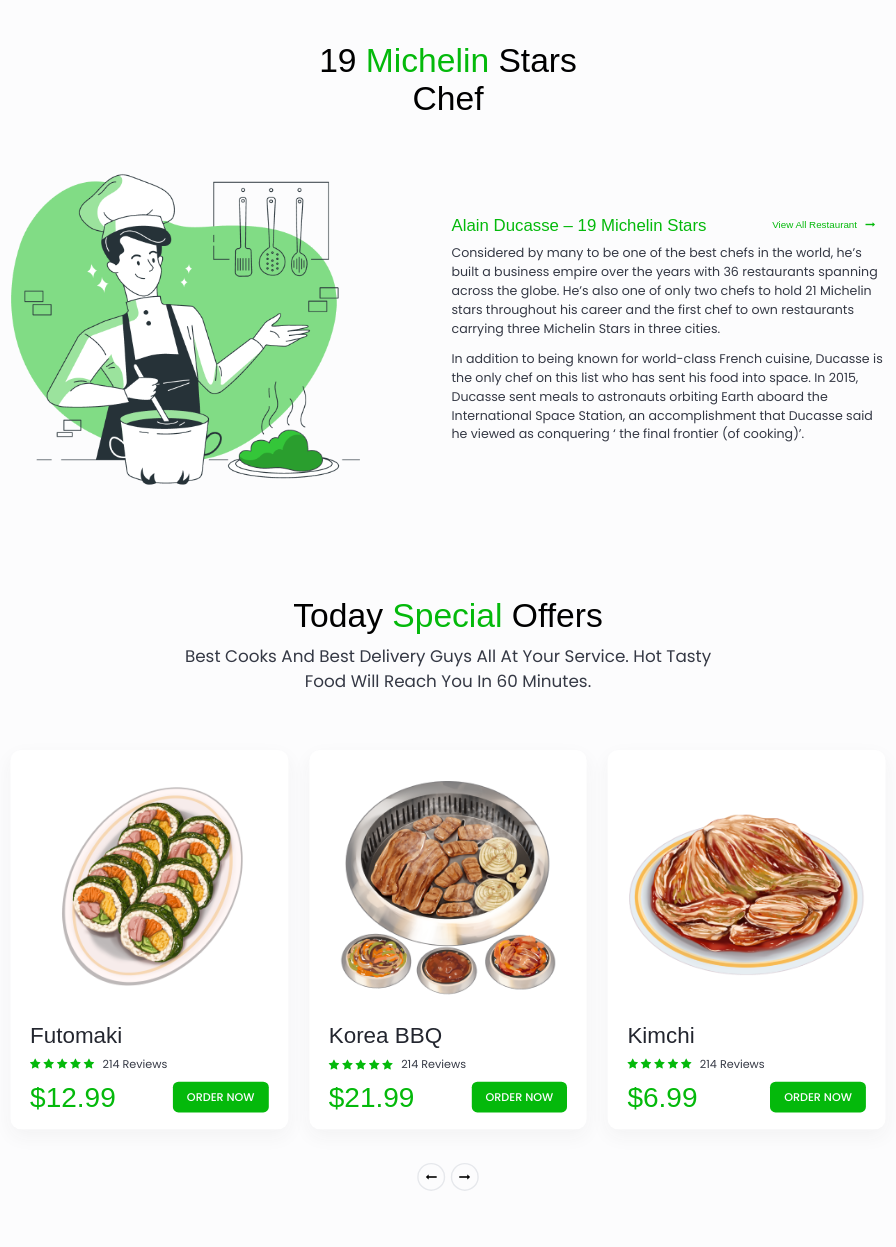
Repository: Toan3333/fooz
Page: index.html
These files come from the project's save history. The page is drawn as it stood at one moment and after the next save; the edit follows.
The browser window is 1280 px wide. The pictures show the part of the page from y = 1596 to 3516 px (the page is 3377 px tall before and 3516 px after), at 70% of full size.
Some web fonts or font styles are not loaded; a fallback is used.

Above is the page before, as saved 2023-05-18 16:27:56.

### index.html
<!DOCTYPE html>
<html lang="en">
  <head>
    <meta charset="UTF-8" />
    <meta http-equiv="X-UA-Compatible" content="IE=edge" />
    <meta name="viewport" content="width=device-width, initial-scale=1.0" />
    <title>Document</title>
    <link rel="stylesheet" href="./assets/css/style.css" />
    <link
      href="https://fonts.googleapis.com/css?family=Poppins:100,100italic,200,200italic,300,300italic,regular,italic,500,500italic,600,600italic,700,700italic,800,800italic,900,900italic"
      rel="stylesheet"
    />
    <link
      href="https://fonts.googleapis.com/css?family=Alice:regular"
      rel="stylesheet"
    />
    <link
      rel="stylesheet"
      href="https://cdnjs.cloudflare.com/ajax/libs/font-awesome/4.7.0/css/font-awesome.min.css"
    />
  </head>
  <body>
    <div class="app">
      <!-- header -->
      <header class="header">
        <div class="container">
          <div class="header-main">
            <div class="header-logo">
              <img src="./assets/images/Logo.svg" alt="" />
            </div>
            <div class="header-menu">
              <ul class="header-nav">
                <li class="header-list">
                  <a href="#" class="header-link active">Home</a>
                </li>
                <li class="header-list">
                  <a href="#" class="header-link">Menu</a>
                </li>
                <li class="header-list">
                  <a href="#" class="header-link">Blog</a>
                </li>
                <li class="header-list">
                  <a href="#" class="header-link">About us</a>
                </li>
                <li class="header-list">
                  <a href="#" class="header-link">Contact</a>
                </li>
              </ul>
            </div>
            <div class="header-auth">
              <div class="header-icon">
                <a href="#">
                  <i class="fa fa-user" aria-hidden="true"></i>
                </a>
                <a href="#">
                  <i class="fa fa-search" aria-hidden="true"></i>
                </a>
                <a href="#">
                  <i class="fa fa-shopping-cart" aria-hidden="true"></i>
                </a>
              </div>
            </div>
          </div>
        </div>
      </header>
      <section class="hero">
        <div class="container">
          <div class="hero-main">
            <div class="hero-content">
              <h2 class="hero-title">You’ve Got Questions We’ve Got Taste</h2>
              <div class="hero-desc">
                Explore your Taste with speacial food in the special place. This
                text don’t have any meaning
              </div>
              <div class="hero-cta">
                <div class="hero-btn">
                  <button class="button-primary">ORDER NOW</button>
                  <span>Explore menu</span>
                </div>
              </div>
              <div class="hero-info">
                <div class="hero-list">
                  <div class="hero-item">
                    <div class="hero-number">9+</div>
                    <div class="hero-text">years of service.</div>
                  </div>
                  <div class="hero-item">
                    <div class="hero-number">120+</div>
                    <div class="hero-text">Store in the world.</div>
                  </div>
                </div>
              </div>
            </div>
            <div class="hero-image">
              <img src="./assets/images/hero-bg.png" alt="" />
            </div>
          </div>
        </div>
      </section>
      <section class="service">
        <div class="container">
          <div class="text-center__primary">
            How we keep your meal <span class="text-primary">Delicious</span>
          </div>
          <div class="service-list">
            <div class="service-item">
              <div class="service-icon">
                <a href="#"
                  ><svg
                    width="48"
                    height="48"
                    viewBox="0 0 48 48"
                    fill="none"
                    xmlns="http://www.w3.org/2000/svg"
                  >
                    <path
                      fill-rule="evenodd"
                      clip-rule="evenodd"
                      d="M6 4C4.89543 4 4 4.89543 4 6C4 7.10457 4.89543 8 6 8H8V36C8 40.4183 11.5817 44 16 44H32C36.4183 44 40 40.4183 40 36V8H42C43.1046 8 44 7.10457 44 6C44 4.89543 43.1046 4 42 4H6ZM36 8H12V36C12 38.2091 13.7909 40 16 40H32C34.2091 40 36 38.2091 36 36V8Z"
                      fill="#777E91"
                    />
                    <path
                      d="M25.4142 14.5858C24.6332 13.8047 23.3668 13.8047 22.5858 14.5858L16.5858 20.5858C15.8047 21.3668 15.8047 22.6332 16.5858 23.4142C17.3668 24.1953 18.6332 24.1953 19.4142 23.4142L22 20.8284V32C22 33.1046 22.8954 34 24 34C25.1046 34 26 33.1046 26 32V20.8284L28.5858 23.4142C29.3668 24.1953 30.6332 24.1953 31.4142 23.4142C32.1953 22.6332 32.1953 21.3668 31.4142 20.5858L25.4142 14.5858Z"
                      fill="#777E91"
                    />
                  </svg>
                </a>
              </div>
              <h3 class="service-title">Receive The Order</h3>
              <div class="service-desc">
                That help us know what delicious meal you will try, but I don’t
                write anything
              </div>
            </div>
            <div class="service-item">
              <div class="service-icon">
                <a href="#">
                  <svg
                    width="49"
                    height="48"
                    viewBox="0 0 49 48"
                    fill="none"
                    xmlns="http://www.w3.org/2000/svg"
                  >
                    <path
                      fill-rule="evenodd"
                      clip-rule="evenodd"
                      d="M4.5 26C4.5 22.6863 7.18629 20 10.5 20H38.5C41.8137 20 44.5 22.6863 44.5 26C44.5 35.9411 36.4411 44 26.5 44H22.5C12.5589 44 4.5 35.9411 4.5 26ZM10.5 24H38.5C39.6046 24 40.5 24.8954 40.5 26C40.5 26.679 40.4517 27.3468 40.3582 28H8.64178C8.54834 27.3468 8.5 26.679 8.5 26C8.5 24.8954 9.39543 24 10.5 24ZM9.84726 32C12.0942 36.7299 16.9152 40 22.5 40H26.5C32.0848 40 36.9058 36.7299 39.1527 32H9.84726Z"
                      fill="#777E91"
                    />
                    <path
                      d="M18.5 4C19.6046 4 20.5 4.89543 20.5 6C20.5 8.45315 19.8455 9.78123 19.2889 10.8944L19.2729 10.9263C18.8372 11.7975 18.5 12.4717 18.5 14C18.5 15.1046 17.6046 16 16.5 16C15.3954 16 14.5 15.1046 14.5 14C14.5 11.5468 15.1545 10.2188 15.7111 9.10557L15.7271 9.07371C16.1628 8.20251 16.5 7.52827 16.5 6C16.5 4.89543 17.3954 4 18.5 4Z"
                      fill="#777E91"
                    />
                    <path
                      d="M26.5 4C27.6046 4 28.5 4.89543 28.5 6C28.5 8.45315 27.8455 9.78123 27.2889 10.8944L27.2729 10.9263C26.8372 11.7975 26.5 12.4717 26.5 14C26.5 15.1046 25.6046 16 24.5 16C23.3954 16 22.5 15.1046 22.5 14C22.5 11.5468 23.1545 10.2188 23.7111 9.10557L23.7271 9.07371C24.1628 8.20251 24.5 7.52827 24.5 6C24.5 4.89543 25.3954 4 26.5 4Z"
                      fill="#777E91"
                    />
                    <path
                      d="M36.5 6C36.5 4.89543 35.6046 4 34.5 4C33.3954 4 32.5 4.89543 32.5 6C32.5 7.52827 32.1628 8.20251 31.7271 9.07371L31.7111 9.10557C31.1545 10.2188 30.5 11.5468 30.5 14C30.5 15.1046 31.3954 16 32.5 16C33.6046 16 34.5 15.1046 34.5 14C34.5 12.4717 34.8372 11.7975 35.2729 10.9263L35.2889 10.8944C35.8455 9.78123 36.5 8.45315 36.5 6Z"
                      fill="#777E91"
                    />
                  </svg>
                </a>
              </div>
              <h3 class="service-title">Prepair your Meal</h3>
              <div class="service-desc">
                That help us know what delicious meal you will try, but I don’t
                write anything
              </div>
            </div>
            <div class="service-item">
              <div class="service-icon">
                <a href="#">
                  <svg
                    width="48"
                    height="48"
                    viewBox="0 0 48 48"
                    fill="none"
                    xmlns="http://www.w3.org/2000/svg"
                  >
                    <path
                      fill-rule="evenodd"
                      clip-rule="evenodd"
                      d="M0 14C0 10.6863 2.68629 8 6 8H22C25.3137 8 28 10.6863 28 14V32C28 34.2091 26.2091 36 24 36H16V32H23C23.5523 32 24 31.5523 24 31V14C24 12.8954 23.1046 12 22 12H6C4.89543 12 4 12.8954 4 14V30C4 31.1046 4.89543 32 6 32H8V36H6C2.68629 36 0 33.3137 0 30V14Z"
                      fill="#777E91"
                    />
                    <path
                      fill-rule="evenodd"
                      clip-rule="evenodd"
                      d="M24 14H36.4502C37.9458 14 39.3875 14.5586 40.4927 15.5663L46.0425 20.6264C47.2894 21.7633 48 23.3727 48 25.0601V30C48 33.3137 45.3137 36 42 36H40V32H42C43.1046 32 44 31.1046 44 30V25.0601C44 24.4976 43.7631 23.9612 43.3475 23.5822L37.7977 18.5221C37.4293 18.1862 36.9488 18 36.4502 18H30C28.8954 18 28 18.8954 28 20V31C28 31.5523 28.4477 32 29 32H32V36H24V14Z"
                      fill="#777E91"
                    />
                    <path
                      fill-rule="evenodd"
                      clip-rule="evenodd"
                      d="M12 36C13.1046 36 14 35.1046 14 34C14 32.8954 13.1046 32 12 32C10.8954 32 10 32.8954 10 34C10 35.1046 10.8954 36 12 36ZM12 40C15.3137 40 18 37.3137 18 34C18 30.6863 15.3137 28 12 28C8.68629 28 6 30.6863 6 34C6 37.3137 8.68629 40 12 40Z"
                      fill="#777E91"
                    />
                    <path
                      fill-rule="evenodd"
                      clip-rule="evenodd"
                      d="M36 36C37.1046 36 38 35.1046 38 34C38 32.8954 37.1046 32 36 32C34.8954 32 34 32.8954 34 34C34 35.1046 34.8954 36 36 36ZM36 40C39.3137 40 42 37.3137 42 34C42 30.6863 39.3137 28 36 28C32.6863 28 30 30.6863 30 34C30 37.3137 32.6863 40 36 40Z"
                      fill="#777E91"
                    />
                  </svg>
                </a>
              </div>
              <h3 class="service-title">Delivery your meal</h3>
              <div class="service-desc">
                That help us know what delicious meal you will try, but I don’t
                write anything
              </div>
            </div>
          </div>
        </div>
      </section>
      <section class="about">
        <div class="container">
          <h2 class="text-center__primary about-center">
            19 <span class="text-primary">Michelin</span> Stars Chef
          </h2>
          <div class="about-main">
            <div class="about-image">
              <img src="./assets/images/about-bg.png" alt="" />
            </div>
            <div class="about-content">
              <div class="about-info">
                <div class="about-name">Alain Ducasse – 19 Michelin Stars</div>
                <div class="about-view">
                  View All Restaurant
                  <i class="fa fa-long-arrow-right" aria-hidden="true"></i>
                </div>
              </div>
              <div class="about-text">
                <p class="about-desc">
                  Considered by many to be one of the best chefs in the world,
                  he’s built a business empire over the years with 36
                  restaurants spanning across the globe. He’s also one of only
                  two chefs to hold 21 Michelin stars throughout his career and
                  the first chef to own restaurants carrying three Michelin
                  Stars in three cities.
                </p>
                <br />
                <p class="about-desc">
                  In addition to being known for world-class French cuisine,
                  Ducasse is the only chef on this list who has sent his food
                  into space. In 2015, Ducasse sent meals to astronauts orbiting
                  Earth aboard the International Space Station, an
                  accomplishment that Ducasse said he viewed as conquering ‘ the
                  final frontier (of cooking)’.
                </p>
              </div>
            </div>
          </div>
        </div>
      </section>
      <section class="special">
        <div class="container">
          <div class="text-center__primary special-center">
            Today <span class="text-primary">special</span> offers
            <p class="text-bottom">
              Best cooks and best delivery guys all at your service. Hot tasty
              food will reach you in 60 minutes.
            </p>
          </div>
          <div class="special-list">
            <div class="special-item">
              <div class="special-image">
                <img src="./assets/images/special-1.png" alt="" />
              </div>
              <div class="special-title">Futomaki</div>
              <div class="special-rating">
                <div class="special-icon">
                  <i class="fa fa-star" aria-hidden="true"></i>
                  <i class="fa fa-star" aria-hidden="true"></i>
                  <i class="fa fa-star" aria-hidden="true"></i>
                  <i class="fa fa-star" aria-hidden="true"></i>
                  <i class="fa fa-star" aria-hidden="true"></i>
                </div>
                <div class="special-views">214 Reviews</div>
              </div>
              <div class="special-bottom">
                <div class="special-price">$12.99</div>
                <div class="special-button">
                  <button class="button-primary">ORDER NOW</button>
                </div>
              </div>
            </div>
            <div class="special-item">
              <div class="special-image">
                <img src="./assets/images/special-2.png" alt="" />
              </div>
              <div class="special-title">Korea BBQ</div>
              <div class="special-rating">
                <div class="special-icon">
                  <i class="fa fa-star" aria-hidden="true"></i>
                  <i class="fa fa-star" aria-hidden="true"></i>
                  <i class="fa fa-star" aria-hidden="true"></i>
                  <i class="fa fa-star" aria-hidden="true"></i>
                  <i class="fa fa-star" aria-hidden="true"></i>
                </div>
                <div class="special-views">214 Reviews</div>
              </div>
              <div class="special-bottom">
                <div class="special-price">$21.99</div>
                <div class="special-button">
                  <button class="button-primary">ORDER NOW</button>
                </div>
              </div>
            </div>
            <div class="special-item">
              <div class="special-image">
                <img src="./assets/images/special-3.png" alt="" />
              </div>
              <div class="special-title">Kimchi</div>
              <div class="special-rating">
                <div class="special-icon">
                  <i class="fa fa-star" aria-hidden="true"></i>
                  <i class="fa fa-star" aria-hidden="true"></i>
                  <i class="fa fa-star" aria-hidden="true"></i>
                  <i class="fa fa-star" aria-hidden="true"></i>
                  <i class="fa fa-star" aria-hidden="true"></i>
                </div>
                <div class="special-views">214 Reviews</div>
              </div>
              <div class="special-bottom">
                <div class="special-price">$6.99</div>
                <div class="special-button">
                  <button class="button-primary">ORDER NOW</button>
                </div>
              </div>
            </div>
          </div>
          <div class="special-arrows">
            <div class="special-main">
              <div class="special-btn-arrow">
                <i class="fa fa-long-arrow-left" aria-hidden="true"></i>
              </div>
              <div class="special-btn-arrow">
                <i class="fa fa-long-arrow-right" aria-hidden="true"></i>
              </div>
            </div>
          </div>
        </div>
      </section>
    </div>
  </body>
</html>

### assets/css/style.css
*,
*:before,
*:after {
  box-sizing: border-box;
  text-decoration: none;
  list-style: none;
}
:root {
  --font-primary: "Poppins", sans-serif;
  --font-secondary: "Alice", sans-serif;
  --primary-color: #04b90b;
  --black: #000000;
  --gray: #777e90;
  --black-2: #23262f;
  --bg-primary: #fcfcfd;
  --gray-2: #f4f5f6;
  --gray-3: #353945;
}
* {
  margin: 0;
  padding: 0;
  font: inherit;
}
img,
picture,
svg,
video {
  display: block;
  max-width: 100%;
}
input,
select,
textarea {
  background-color: transparent;
  outline: none;
}
button {
  cursor: pointer;
  background-color: transparent;
  outline: none;
  border: 0;
}
body {
  min-height: 100vh;
  font-weight: 400;
  font-size: 16px;
  line-height: 1;
  font-family: var(--font-primary);
  background-color: var(--bg-primary);
  color: var(--black);
}
.container {
  max-width: 1330px;
  width: 100%;
  margin: 0 auto;
  padding: 0 15px;
}
/* HEADER */
.header {
  padding: 40px 0;
}
.header-main {
  display: flex;
  justify-content: space-between;
  align-items: center;
}
.header-nav {
  display: flex;
  align-items: center;
  gap: 30px;
}
.header-link {
  font-size: 18px;
  line-height: 30px;
  font-weight: 400;
  color: var(--black);
}
.header-link:hover {
  color: var(--primary-color);
  transition: all 0.2s linear;
}
.header-link.active {
  color: var(--primary-color);
}
.header-icon {
  display: flex;
  align-items: center;
  gap: 30px;
  font-size: 23px;
}
.header-icon > a {
  color: var(--black);
}
.header-icon > a:hover {
  color: var(--primary-color);
  transition: all 0.2s linear;
}
/* HEADER END */

/* HERO */
.hero {
  padding: 60px 0;
}
.hero-main {
  display: flex;
  justify-content: space-between;

  gap: 40px;
}
.hero-content {
  max-width: 677px;
  width: 100%;
}
.hero-title {
  font-size: 65px;
  font-weight: 400;
  font-family: var(--font-secondary);
  line-height: 70px;
  letter-spacing: -0.5%;
  margin-bottom: 30px;
}
.hero-desc {
  font-size: 24px;
  font-weight: 400;
  line-height: 36px;
  color: var(--gray);
  margin-bottom: 25px;
}
.hero-cta {
  margin-bottom: 105px;
}
.hero-btn {
  display: flex;
  align-items: center;
  gap: 24px;
}
.hero-btn span {
  font-size: 16px;
  line-height: 24px;
  font-weight: 400;
  color: var(--primary-color);
}
.button-primary {
  background-color: var(--primary-color);
  border-radius: 8px;
  padding: 10px 20px;
  font-size: 16px;
  line-height: 24px;
  font-weight: 500;
  color: var(--bg-primary);
}
.hero-info {
  max-width: 576px;
  width: 100%;
  background-color: var(--gray-2);
  border-radius: 16px;
  padding: 28px 56px 28px 56px;
}
.hero-list {
  display: flex;
  align-items: center;
  justify-content: space-between;
}

.hero-item {
  text-align: center;
}
.hero-number {
  font-size: 32px;
  line-height: 48px;
  font-weight: 600;
  color: var(--gray);
}
.hero-text {
  font-size: 20px;
  line-height: 30px;
  color: var(--gray);
  font-weight: 400;
}
.hero-image {
  width: 100%;
}
.hero-image img {
  width: 100%;
}
/* HERO END*/

/* SERVICE */
.service {
  padding: 80px 0;
}
.text-center__primary {
  max-width: 440px;
  margin: 0 auto;
  text-align: center;
  font-size: 48px;
  font-weight: 400;
  line-height: 55px;
  font-family: var(--font-secondary);
  text-transform: capitalize;
}
.text-primary {
  color: var(--primary-color);
}
.service-list {
  margin-top: 100px;
  display: grid;
  grid-template-columns: repeat(3, 1fr);
  grid-gap: 70px;
}
.service-item {
  display: flex;
  align-items: center;
  justify-content: center;
  flex-direction: column;
  padding: 40px 36px;
  text-align: center;
  cursor: pointer;
}
.service-item:hover {
  background: #ffffff;
  box-shadow: 0px 10px 27px rgba(53, 53, 53, 0.05);
  transition: 0.2s linear;
}
.service-icon {
  margin-bottom: 24px;
}
.service-icon a {
  width: 120px;
  height: 120px;
  border-radius: 100rem;
  background: #ffffff;
  box-shadow: 5px 9px 16px rgba(0, 0, 0, 0.04);
  display: inline-flex;
  align-items: center;
  justify-content: center;
}
.service-title {
  font-size: 28px;
  line-height: 42px;
  font-weight: 400;
  color: var(--black-2);
  margin-bottom: 6px;
}
.service-desc {
  font-size: 16px;
  line-height: 24px;
  font-weight: 400;
  color: var(--gray-3);
}
/* SERVICE END*/

/* ABOUT */
.about {
  padding: 80px 0;
}
.about-heading {
  text-align: center;
}
.about-main {
  display: flex;
  justify-content: space-between;
  align-items: center;
  gap: 130px;
  margin-top: 80px;
}
.about-center {
  max-width: 475px;
}
.about-image {
  max-width: 500px;
  width: 100%;
}
.about-image img {
  width: 100%;
}
.about-content {
  width: 100%;
}
.about-info {
  display: flex;
  align-items: center;
  gap: 94px;
  font-family: var(--font-secondary);
  margin-bottom: 12px;
}
.about-name {
  font-size: 24px;
  color: var(--primary-color);
  font-weight: 400;
  line-height: 28px;
}
.about-view {
  display: flex;
  align-items: center;
  gap: 12px;
  font-size: 14px;
  font-weight: 500;
  line-height: 20px;
  color: var(--primary-color);
}
.about-desc {
  font-size: 18px;
  line-height: 27px;
  font-weight: 400;
  color: var(--gray-3);
}
/* ABOUT END*/

/* SPECIAL */
.special {
  padding: 80px 0;
}
.special-center {
  max-width: 770px;
  margin: 0 auto;
  width: 100%;
}
.text-bottom {
  margin-top: 12px;
  font-size: 24px;
  line-height: 36px;
  color: var(--gray-3);
  font-weight: 400;
  font-family: var(--font-primary);
}
.special-list {
  margin-top: 80px;
  display: grid;
  grid-template-columns: repeat(3, 1fr);
  grid-gap: 30px;
}
.special-item {
  background-color: #ffffff;
  box-shadow: 0px 10px 27px rgba(53, 53, 53, 0.05);
  border-radius: 15px;
  padding: 24px 28px;
}
.special-image {
  width: 100%;
  margin-bottom: 24px;
}
.special-image img {
  width: 100%;
}
.special-title {
  font-size: 32px;
  line-height: 37px;
  font-weight: 400;
  color: var(--black-2);
  margin-bottom: 12px;
  font-family: var(--font-secondary);
}
.special-rating {
  display: flex;
  align-items: center;
  gap: 12px;
  margin-bottom: 12px;
}
.special-icon i {
  color: var(--primary-color);
}
.special-views {
  font-size: 16px;
  line-height: 24px;
  font-weight: 400;
  color: var(--gray-3);
}
.special-bottom {
  display: flex;
  align-items: center;
  justify-content: space-between;
}
.special-price {
  font-size: 40px;
  line-height: 40px;
  font-weight: 400;
  color: var(--primary-color);
  font-family: var(--font-secondary);
  text-transform: capitalize;
}
.special-arrows {
  margin-top: 48px;
  display: inline-block;
  position: relative;
  left: 50%;
  transform: translateX(-50%);
  cursor: pointer;
}
.special-main {
  display: flex;
  align-items: center;
  gap: 8px;
}
.special-btn-arrow i {
  width: 40px;
  height: 40px;
  border-radius: 100rem;
  display: inline-flex;
  border: 2px solid #e6e8ec;
  border-radius: 40px;
  align-items: center;
  justify-content: center;
}
/* SPECIAL END*/

After the next save:
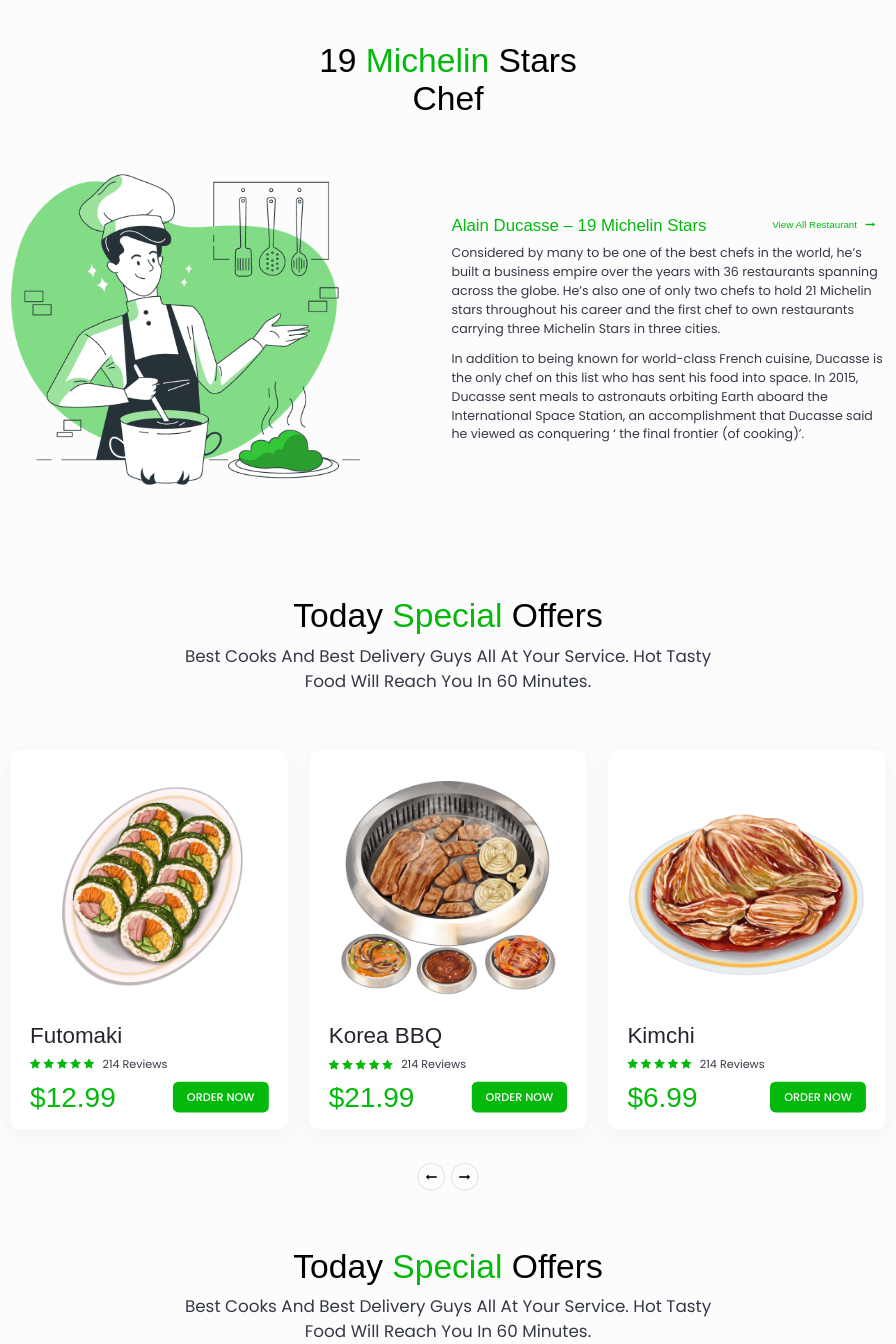
Saved 2 min 26 s later.
--- a/index.html
+++ b/index.html
@@ -344,6 +344,17 @@
           </div>
         </div>
       </section>
+      <section class="form">
+        <div class="container">
+          <div class="text-center__primary special-center">
+            Today <span class="text-primary">special</span> offers
+            <p class="text-bottom">
+              Best cooks and best delivery guys all at your service. Hot tasty
+              food will reach you in 60 minutes.
+            </p>
+          </div>
+        </div>
+      </section>
     </div>
   </body>
 </html>
